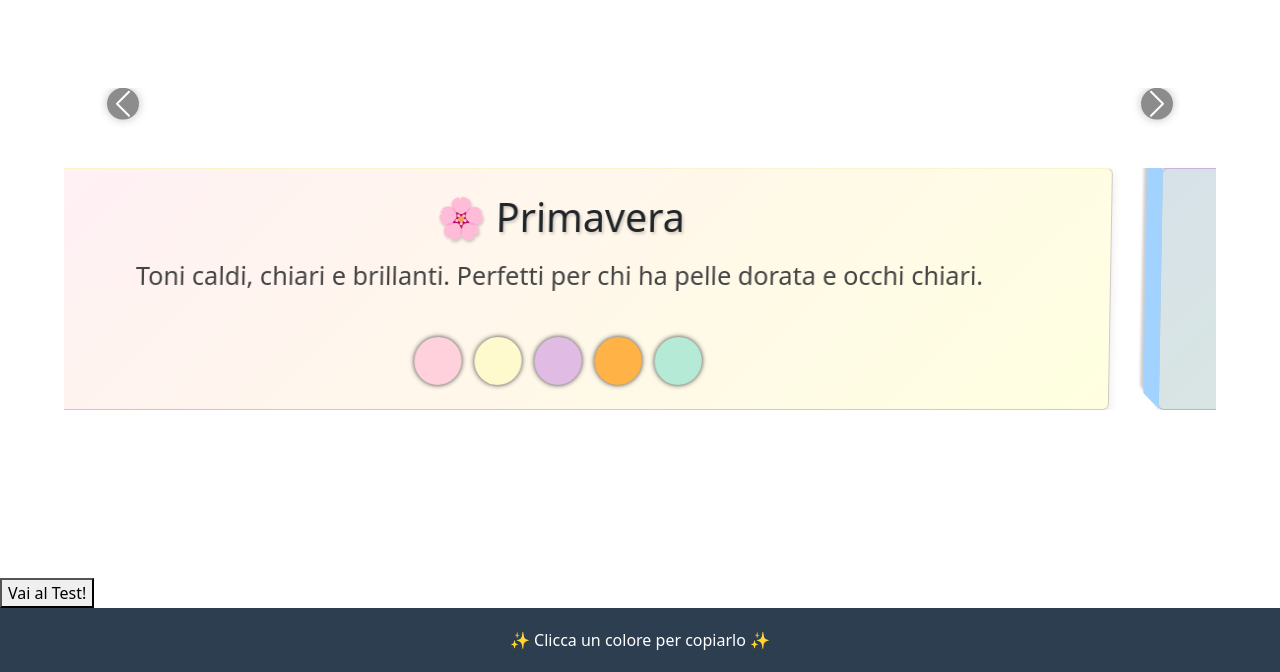
Repository: Probyte5D/Armocromia-website
Page: index.html
An editor plug-in stored every save of this project. The page is shown before and after the next save, followed by the edit.
The browser window is 1280 px wide. The pictures show the part of the page from y = 432 to 1104 px (the page is 1104 px tall).

Above is the page before, as saved 2025-04-18 02:45:19.

After the next save:
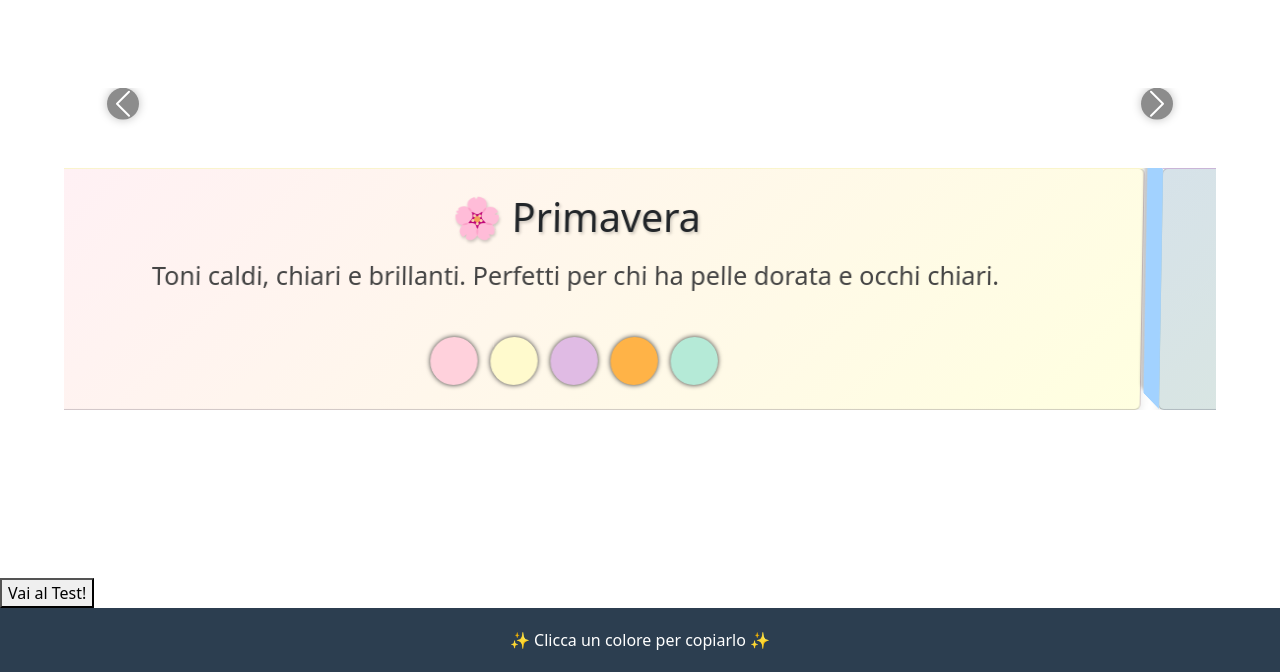
Saved 19 s later.
--- a/style.css
+++ b/style.css
@@ -314,19 +314,15 @@ footer p {
 }
 
 .card {
-  position: relative;
-  width: 70rem; /* La card si adatta alla larghezza impostata */
+  width: 100%; /* La card si adatta alla larghezza impostata */
   padding: 1.5rem;
   background-color: rgba(255, 255, 255, 0.9);
   border-radius: 1rem;
   box-shadow: 0 4px 10px rgba(0, 0, 0, 0.1);
   transition: transform 0.2s ease;
-  display: flex;
-  flex-direction: column;
-  align-items: center;
-  text-align: center;
-
-}
+}
+
+
 
 
 /* Stile per le frecce */
